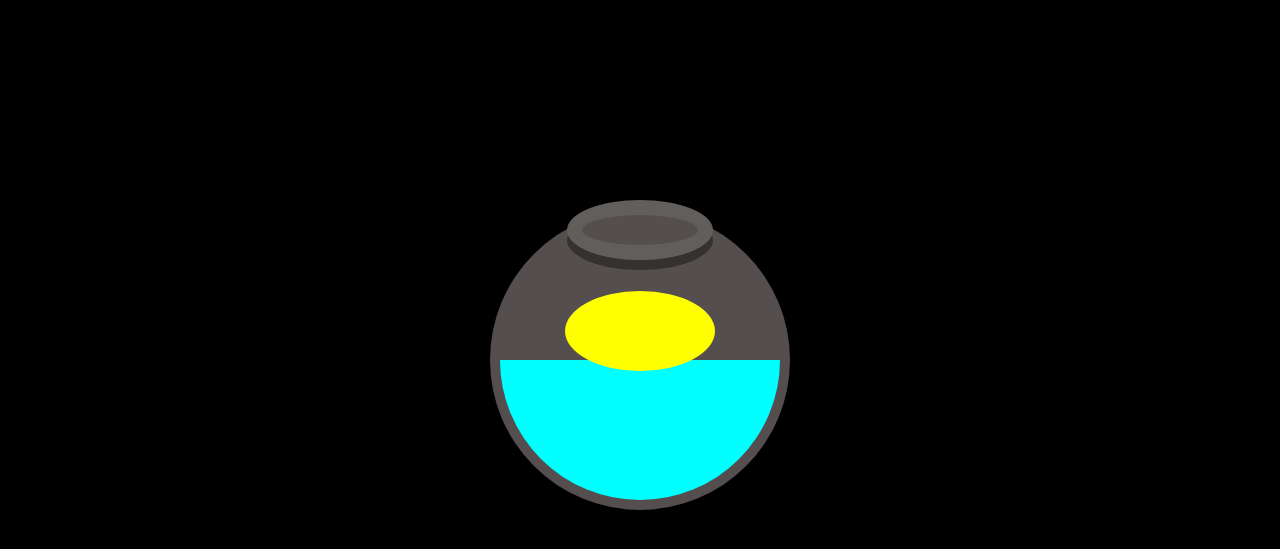
Repository: zjria/Colorful-Glowing-Liquid-Bowl-Animation-Effects
Page: index.html
An editor plug-in stored every save of this project. The page is shown before and after the next save, followed by the edit.
The browser window is 1280 px wide. The pictures show the whole page.

Above is the page before, as saved 2022-04-15 17:55:03.

### index.html
<!DOCTYPE html>
<html lang="en">
<head>
    <meta charset="UTF-8">
    <meta http-equiv="X-UA-Compatible" content="IE=edge">
    <meta name="viewport" content="width=device-width, initial-scale=1.0">
    <title>Colorful Glowing Liquid Bowl Animation Effects</title>
    <link rel="stylesheet" href="style.css">
</head>
<body>
    <section>
        <div class="bowl">
            <div class="liquid">

            </div>
        </div>

    </section>
</body>
</html>

### style.css
*{
    margin: 0;
    padding: 0;
    box-sizing: border-box;
}
section{
    display: flex;
    justify-content: center;
    align-items: center;
    background: black;
    min-height: 100vh;
}
.bowl{
    position: relative;
    width: 300px;
    height: 300px;
    border-radius: 50%;
    background: rgb(85, 78, 78);
    border: 5px solid transparent;
}
.bowl::before{
    content: "";
    position: absolute;
    top: -15px;
    left: 50%;
    transform: translate(-50%);
    width: 40%;
    height: 30px;
    border-radius: 50%;
    border: 15px solid rgb(97, 94, 91);
    box-shadow: 0 10px rgb(53, 49, 49) ;
}
.bowl::after{
    content: "";
    position: absolute;
    top: 40%;
    left: 50%;
    transform: translate(-50%, -50%);
    border-radius: 50%;
    width: 150px;
    height: 80px;
    background: rgb(255, 255, 0.5);

}
.liquid{
    position: absolute;
    top: 50%;
    left: 5px;
    right: 5px;
    bottom: 5px;
    background: aqua;
    border-bottom-left-radius: 150px;
    border-bottom-right-radius: 150px;
}

After the next save:
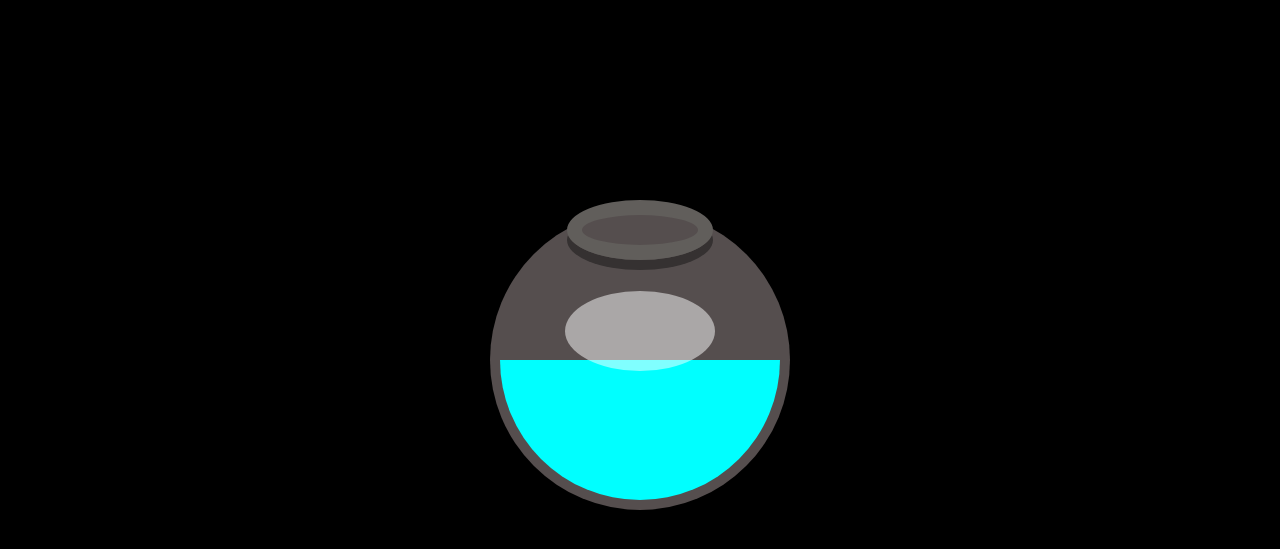
Saved 11 s later.
--- a/style.css
+++ b/style.css
@@ -39,7 +39,7 @@ section{
     border-radius: 50%;
     width: 150px;
     height: 80px;
-    background: rgb(255, 255, 0.5);
+    background: rgb(255, 255, 255, 0.5);
 
 }
 .liquid{
